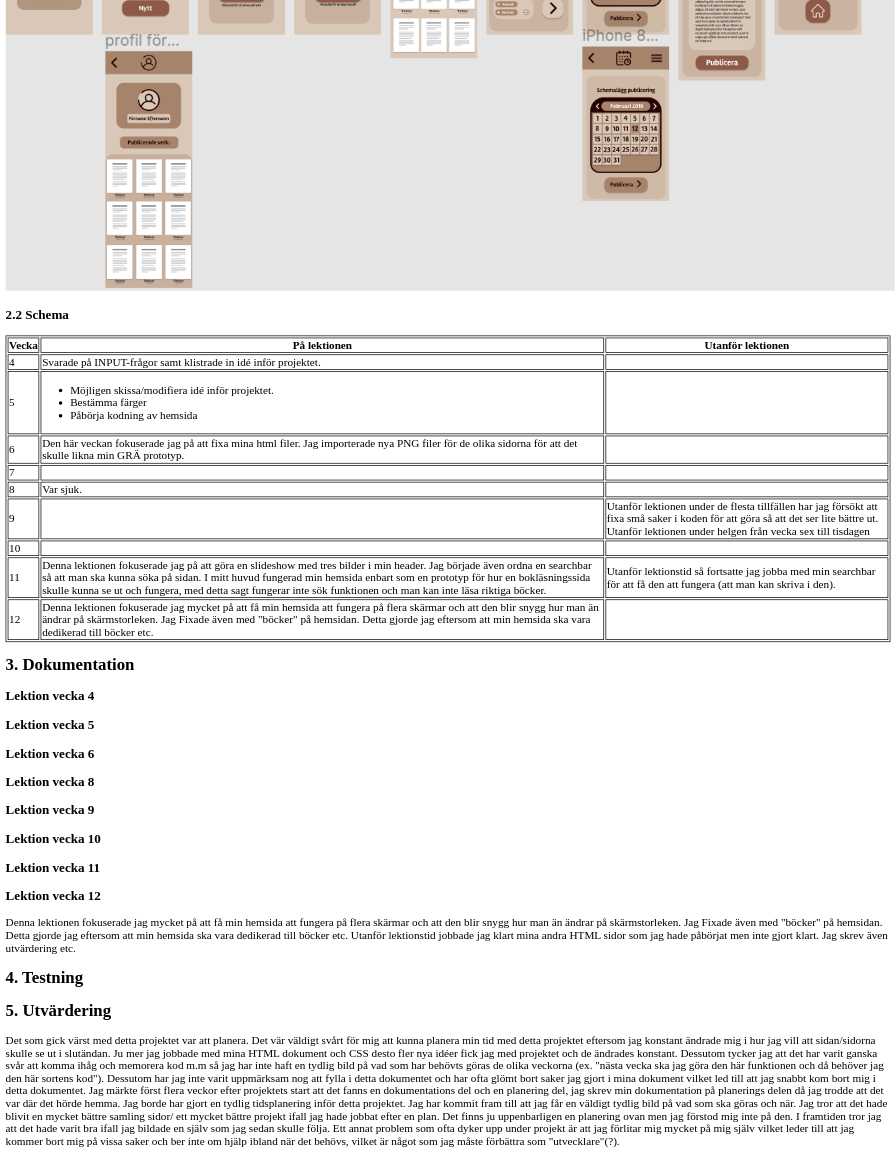
Repository: EllinorBrandin/projekt2
Page: misc/planering.html
An editor plug-in stored every save of this project. The page is shown before and after the next save, followed by the edit.
The browser window is 1280 px wide. The pictures show the part of the page from y = 945 to 2865 px (the page is 2593 px tall before and 2865 px after), at 70% of full size.

Above is the page before, as saved 2020-03-30 12:37:53.

### misc/planering.html
<!DOCTYPE html>
<!-- Se den kommenterade texten i detta html-dokument för att se exempel och förklaringar på hur dokumentationen ska vara uppbyggd. -->

<!-- Länka till detta planeringsdokument i footern till din hemsida. -->


<html lang="en">
<head>
    <meta charset="UTF-8">
    <meta name="viewport" content="width=device-width, initial-scale=1.0">
    <meta http-equiv="X-UA-Compatible" content="ie=edge">
    <title>Dokumentation projekt Vt</title>

    <style>
        table, td, th {
            border: 1px solid black
        }
    </style>

</head>
<body>

    <h1>Dokumentation projekt Vt</h1>

    <h2>INPUT-reflektion</h2>
    <!-- Skriv ned svaren på frågorna från INPUT-reflektion här -->
    INPUT-reflektion
    Vilka svårigheter hade du i förra projektet?
Jag tycker inte riktigt att jag upplevde så många svårigheter i det förra projektet. Det tuffaste jag stötte på i projektet var när jag skulle centrera bilderna jag vill ha med på mina sidor. Ett annat problem som jag hade i förra projektet var att komma ihåg bitar av kod utan att behöva kolla upp det.

    Vilka lärdomar drog du i förra projektet som du inte får glömma bort i detta?
Att kolla upp saker och ting på W3schools när jag vill veta hur man ska göra en specifik sak i projektet samt be om hjälp när jag kör fast.

    Vilka ramar (förutsättningar, hinder, möjligheter) finns i detta projekt?


    Vilka kunskaper har jag redan som jag kan använda mig av i detta projekt?
Grundlig kunskap om HTML, CSS och Java Script. Det vi har gått igenom på lektionerna kommer att hjälpa.

    Vad kommer bli min utmaning denna gång?
Att komma ihåg och fullt ut lära mig komma ihåg kod så att jag inte behöver kolla upp och göra research hela tiden gällande olika stycken med kod.b


    <h2>1. Idébeskrivning</h2>
    <!-- Vad ska du göra? Vilken är din målgrupp? Om du utvecklar en tidigare sida; Vad ska du förändra/utveckla? -->
Jag är lite osäker på hur jag vill att min hemsida ska se ut. Jag tror att jag ska jobba vidare på den uppgiften vi gjorde i GRÄ, eller i alla fall använda det gränssnittet. Jag och Jennifer jobbade i grupp och vi har redan designat hur det skulle se ut för mobil. Detta sparar tid eftersom att jag inte behöver gör extra arbete genom att komma upp med en skiss och ev. färgtema etc.

Vi designade en sida där man skulle både kunna publicera samt läsa böcker. Den har ganska beiga och lugna, bruna färger i sig.

Målgruppen för sidan är ungdomar till äldre vuxna människor.
    <h2>2. Planering</h2>

    <h3>2.1 Handskiss</h3>
    <!-- Här lägger du en bild på din handskiss av layouten. Viktigt att du beskriver vilka boxelement som ska användas. Visa även hur du tänker med ditt grid (Hur många kolumner?) -->
<img src="Skärmavbild 2020-01-23 kl. 11.33.52.png" alt="Skiss">
    <h3>2.2 Schema</h3>
    <!-- Vad ska du göra när? Inte för detaljerat. -->

    <table>
        <tr>
            <th>Vecka</th><th>På lektionen</th><th>Utanför lektionen</th>
        </tr>

        <tr>
            <td>4</td>
            <td>
            <!-- Vad görs på lektionen vecka 4? -->
                Svarade på INPUT-frågor samt klistrade in idé inför projektet.
            </td>
            <td>
            <!-- Vad görs utanför lektionen vecka 4? -->
            </td>
        </tr>

        <tr>
            <td>5</td>
            <td>
            <!-- Vad görs på lektionen vecka 5? -->
            <ul>
                <li>Möjligen skissa/modifiera idé inför projektet.</li>
                <li>Bestämma färger</li>
                <li>Påbörja kodning av hemsida</li>
</ul>
            </td>
            <td>
            <!-- Vad görs utanför lektionen vecka 5? -->
            </td>
        </tr>

        <tr>
            <td>6</td>
            <td>
            <!-- Vad görs på lektionen vecka 6? -->
            Den här veckan fokuserade jag på att fixa mina html filer. Jag importerade nya PNG filer för de olika sidorna för att det skulle likna min GRÄ prototyp.
            </td>
            <td>
            <!-- Vad görs utanför lektionen vecka 6? -->
            </td>
        </tr>

        <tr>
            <td>7</td>
            <td>
            <!-- Vad görs på lektionen vecka 7? -->
            </td>
            <td>
            <!-- Vad görs utanför lektionen vecka 7? -->
            </td>
        </tr>

        <tr>
            <td>8</td>
            <td>
            <!-- Vad görs på lektionen vecka 8? -->
            Var sjuk.
            </td>
            <td>
            <!-- Vad görs utanför lektionen vecka 8? -->
            </td>
        </tr>

        <tr>
            <td>9</td>
            <td>
            <!-- Vad görs på lektionen vecka 9? -->
            </td>
            <td>
            <!-- Vad görs utanför lektionen vecka 9? -->
            Utanför lektionen under de flesta tillfällen har jag försökt att fixa små saker i koden för att göra så att det ser lite bättre ut. Utanför lektionen under helgen från vecka sex till tisdagen
            </td>
        </tr>

        <tr>
            <td>10</td>
            <td>
            <!-- Vad görs på lektionen vecka 10? -->
            </td>
            <td>
            <!-- Vad görs utanför lektionen vecka 10? -->
            </td>
        </tr>

        <tr>
            <td>11</td>
            <td>
            <!-- Vad görs på lektionen vecka 11? -->
            Denna lektionen fokuserade jag på att göra en slideshow med tres bilder i min header. Jag började även ordna en searchbar så att man ska kunna söka på sidan. I mitt huvud fungerad min hemsida enbart som en prototyp för hur en bokläsningssida skulle kunna se ut och fungera, med detta sagt fungerar inte sök funktionen och man kan inte läsa riktiga böcker.
            </td>
            <td>
            <!-- Vad görs utanför lektionen vecka 11? -->
            Utanför lektionstid så fortsatte jag jobba med min searchbar för att få den att fungera (att man kan skriva i den).
            </td>
        </tr>

        <tr>
            <td>12</td>
            <td>
            <!-- Vad görs på lektionen vecka 12? -->
            Denna lektionen fokuserade jag mycket på att få min hemsida att fungera på flera skärmar och att den blir snygg hur man än ändrar på skärmstorleken. Jag Fixade även med "böcker" på hemsidan. Detta gjorde jag eftersom att min hemsida ska vara dedikerad till böcker etc.
            </td>
            <td>
            <!-- Vad görs utanför lektionen vecka 12? -->
            </td>
        </tr>

    </table>


    <h2>3. Dokumentation</h2>
    <!-- Här skriver du efter varje lektion. Vad har jag gjort? Vad gick bra? Vad gick mindre bra? Vad ska jag tänka på till nästa gång? -->

    <h3>Lektion vecka 4</h3>
    <!-- Fyll på med dokumentation här. -->

    <h3>Lektion vecka 5</h3>
    <!-- Fyll på med dokumentation här. -->

    <h3>Lektion vecka 6</h3>
    <!-- Fyll på med dokumentation här. -->

    <h3>Lektion vecka 8</h3>
    <!-- Fyll på med dokumentation här. -->

    <h3>Lektion vecka 9</h3>
    <!-- Fyll på med dokumentation här. -->

    <h3>Lektion vecka 10</h3>
    <!-- Fyll på med dokumentation här. -->

    <h3>Lektion vecka 11</h3>
    <!-- Fyll på med dokumentation här. -->

    <h3>Lektion vecka 12</h3>
    <!-- Fyll på med dokumentation här. -->
    Denna lektionen fokuserade jag mycket på att få min hemsida att fungera på flera skärmar och att den blir snygg hur man än ändrar på skärmstorleken. Jag Fixade även med "böcker" på hemsidan. Detta gjorde jag eftersom att min hemsida ska vara dedikerad till böcker etc.
    Utanför lektionstid jobbade jag klart mina andra HTML sidor som jag hade påbörjat men inte gjort klart. Jag skrev även utvärdering etc.
    <h2>4. Testning</h2>
    <!-- Testa i Chrome + Firefox eller Safari (på både dator och mobil). Skiljer sig resultatet? Har du behövt anpassa ditt kod/innehåll efter de olika webbläsarna? Hur gick valideringen? Vad säger contrastchecker.com om text/bakgrundsfärg? Hur ser resultatet ut på en riktig telefon? -->

    <h2>5. Utvärdering</h2>
    <!-- Ex: Vad gick bra/mindre bra? (i arbetet/din förmåga).
    Nyanserat: "hur hade det blivit om jag istället hade...?"
    Konkreta förbättringsförslag i produkt + process. -->

    Det som gick värst med detta projektet var att planera. Det vär väldigt svårt för mig att kunna planera min tid med detta projektet eftersom jag konstant ändrade mig i hur jag vill att sidan/sidorna skulle se ut i slutändan. Ju mer jag jobbade med mina HTML dokument och CSS desto fler nya idéer fick jag med projektet och de ändrades konstant. Dessutom tycker jag att det har varit ganska svår att komma ihåg och memorera kod m.m så jag har inte haft en tydlig bild på vad som har behövts göras de olika veckorna (ex. "nästa vecka ska jag göra den här funktionen och då behöver jag den här sortens kod"). Dessutom har jag inte varit uppmärksam nog att fylla i detta dokumentet och har ofta glömt bort saker jag gjort i mina dokument vilket led till att jag snabbt kom bort mig i detta dokumentet. Jag märkte först flera veckor efter projektets start att det fanns en dokumentations del och en planering del, jag skrev min dokumentation på planerings delen då jag trodde att det var där det hörde hemma.

    Jag borde har gjort en tydlig tidsplanering inför detta projektet. Jag har kommit fram till att jag får en väldigt tydlig bild på vad som ska göras och när. Jag tror att det hade blivit en mycket bättre samling sidor/ ett mycket bättre projekt ifall jag hade jobbat efter en plan. Det finns ju uppenbarligen en planering ovan men jag förstod mig inte på den. I framtiden tror jag att det hade varit bra ifall jag bildade en själv som jag sedan skulle följa. Ett annat problem som ofta dyker upp under projekt är att jag förlitar mig mycket på mig själv vilket leder till att jag kommer bort mig på vissa saker och ber inte om hjälp ibland när det behövs, vilket är något som jag måste förbättra som "utvecklare"(?).

</body>
</html>

After the next save:
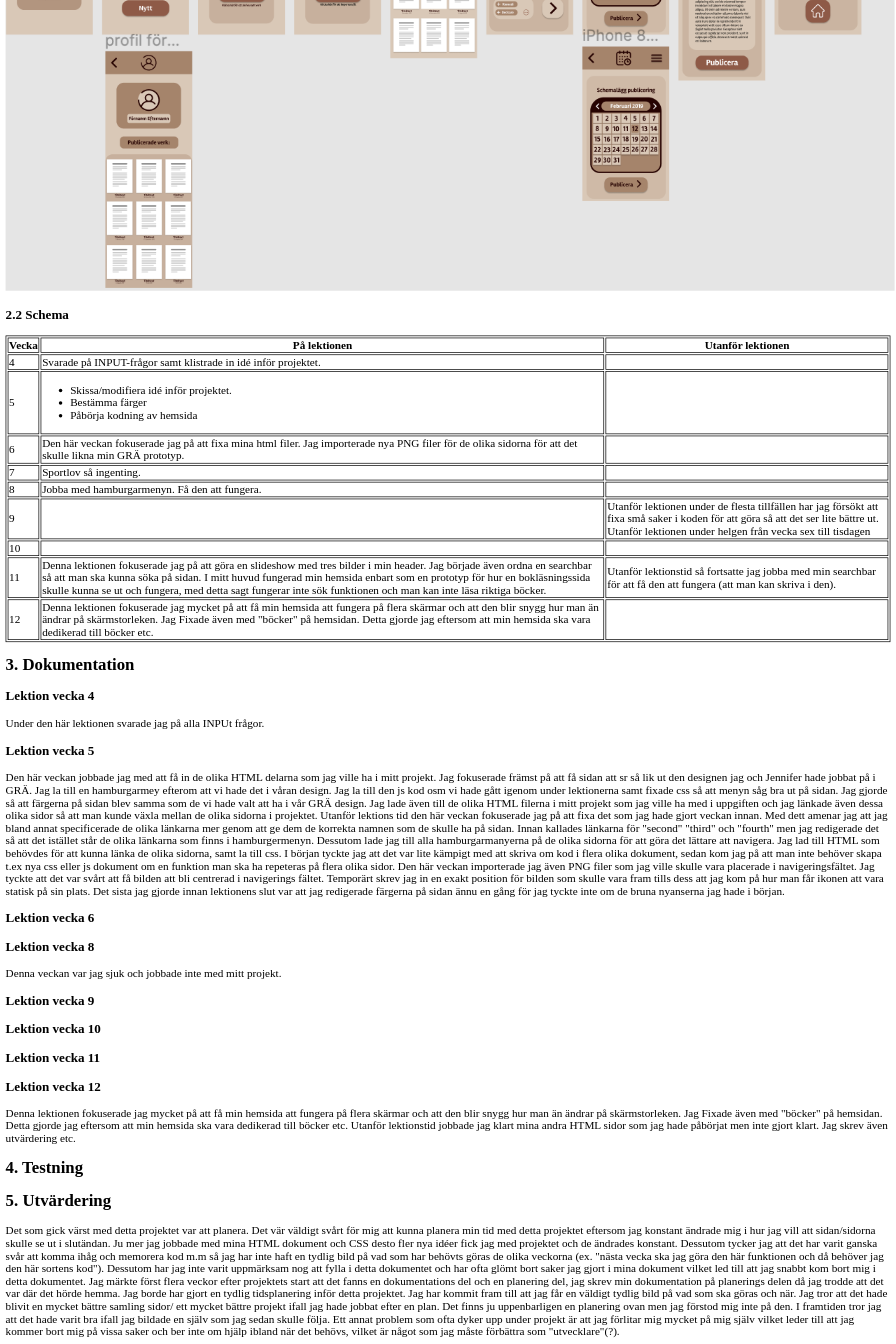
Saved 37 days later.
--- a/misc/planering.html
+++ b/misc/planering.html
@@ -77,7 +77,7 @@ Målgruppen för sidan är ungdomar till äldre vuxna människor.
             <td>
             <!-- Vad görs på lektionen vecka 5? -->
             <ul>
-                <li>Möjligen skissa/modifiera idé inför projektet.</li>
+                <li>Skissa/modifiera idé inför projektet.</li>
                 <li>Bestämma färger</li>
                 <li>Påbörja kodning av hemsida</li>
 </ul>
@@ -102,6 +102,7 @@ Målgruppen för sidan är ungdomar till äldre vuxna människor.
             <td>7</td>
             <td>
             <!-- Vad görs på lektionen vecka 7? -->
+            Sportlov så ingenting.
             </td>
             <td>
             <!-- Vad görs utanför lektionen vecka 7? -->
@@ -112,7 +113,7 @@ Målgruppen för sidan är ungdomar till äldre vuxna människor.
             <td>8</td>
             <td>
             <!-- Vad görs på lektionen vecka 8? -->
-            Var sjuk.
+            Jobba med hamburgarmenyn. Få den att fungera.
             </td>
             <td>
             <!-- Vad görs utanför lektionen vecka 8? -->
@@ -123,6 +124,7 @@ Målgruppen för sidan är ungdomar till äldre vuxna människor.
             <td>9</td>
             <td>
             <!-- Vad görs på lektionen vecka 9? -->
+
             </td>
             <td>
             <!-- Vad görs utanför lektionen vecka 9? -->
@@ -171,18 +173,31 @@ Målgruppen för sidan är ungdomar till äldre vuxna människor.
 
     <h3>Lektion vecka 4</h3>
     <!-- Fyll på med dokumentation här. -->
+    Under den här lektionen svarade jag på alla INPUt frågor.
 
     <h3>Lektion vecka 5</h3>
     <!-- Fyll på med dokumentation här. -->
+    Den här veckan jobbade jag med att få in de olika HTML delarna som jag ville ha i mitt projekt. Jag fokuserade främst på att få sidan att sr så lik ut den designen jag och Jennifer hade jobbat på i GRÄ. Jag la till en hamburgarmey efterom att vi hade det i våran design. Jag la till den js kod osm vi hade gått igenom under lektionerna samt fixade css så att menyn såg bra ut på sidan.
+
+    Jag gjorde så att färgerna på sidan blev samma som de vi hade valt att ha i vår GRÄ design. Jag lade även till de olika HTML filerna i mitt projekt som jag ville ha med i uppgiften och jag länkade även dessa olika sidor så att man kunde växla mellan de olika sidorna i projektet.
+
+
+    Utanför lektions tid den här veckan fokuserade jag på att fixa det som jag hade gjort veckan innan. Med dett amenar jag att jag bland annat specificerade de olika länkarna mer genom att ge dem de korrekta namnen som de skulle ha på sidan. Innan kallades länkarna för "second" "third" och "fourth" men jag redigerade det så att det istället står de olika länkarna som finns i hamburgermenyn. Dessutom lade jag till alla hamburgarmanyerna på de olika sidorna för att göra det lättare att navigera. Jag lad till HTML som behövdes för att kunna länka de olika sidorna, samt la till css.
+    I början tyckte jag att det var lite kämpigt med att skriva om kod i flera olika dokument, sedan kom jag på att man inte behöver skapa t.ex nya css eller js dokument om en funktion man ska ha repeteras på flera olika sidor.
+
+    Den här veckan importerade jag även PNG filer som jag ville skulle vara placerade i navigeringsfältet. Jag tyckte att det var svårt att få bilden att bli centrerad i navigerings fältet. Temporärt skrev jag in en exakt position för bilden som skulle vara fram tills dess att jag kom på hur man får ikonen att vara statisk på sin plats.
+    Det sista jag gjorde innan lektionens slut var att jag redigerade färgerna på sidan ännu en gång för jag tyckte inte om de bruna nyanserna jag hade i början.
 
     <h3>Lektion vecka 6</h3>
     <!-- Fyll på med dokumentation här. -->
 
     <h3>Lektion vecka 8</h3>
     <!-- Fyll på med dokumentation här. -->
+    Denna veckan var jag sjuk och jobbade inte med mitt projekt.
 
     <h3>Lektion vecka 9</h3>
     <!-- Fyll på med dokumentation här. -->
+
 
     <h3>Lektion vecka 10</h3>
     <!-- Fyll på med dokumentation här. -->
